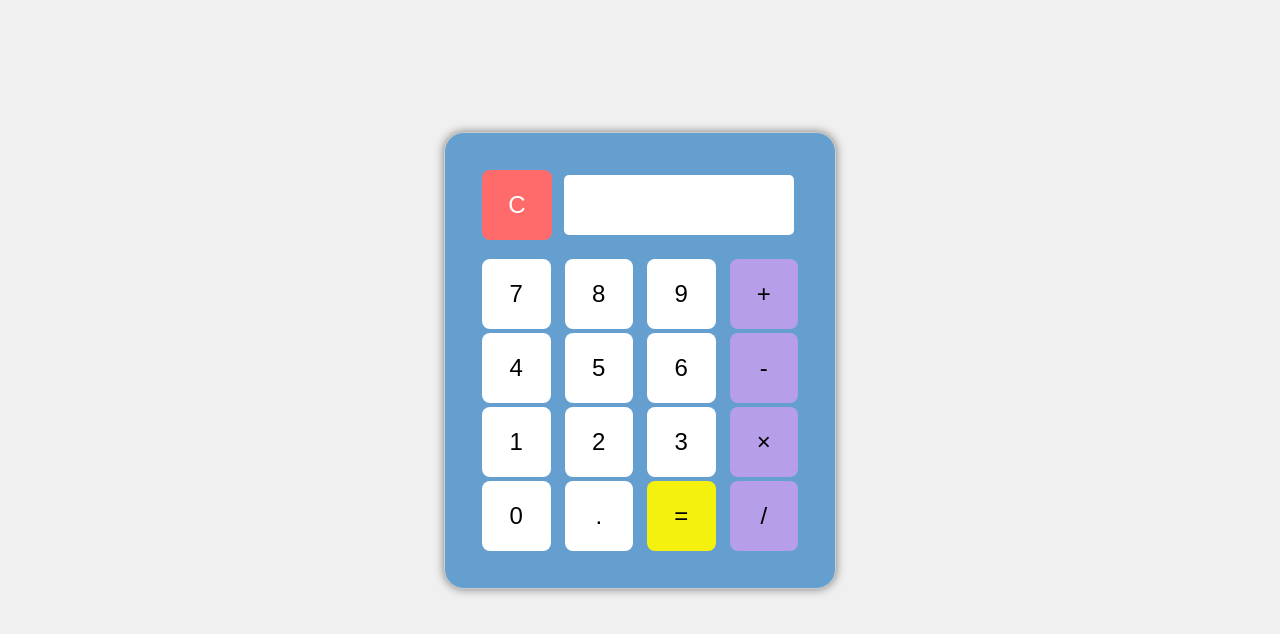
Repository: Burnmyheart/calculator
Page: index.html
These files come from the project's save history. The page is drawn as it stood at one moment and after the next save; the edit follows.
The browser window is 1280 px wide. The pictures show the whole page.
The pointer rests on the first visible `.operation`.

Above is the page before, as saved 2025-04-28 23:15:34.

After the next save:
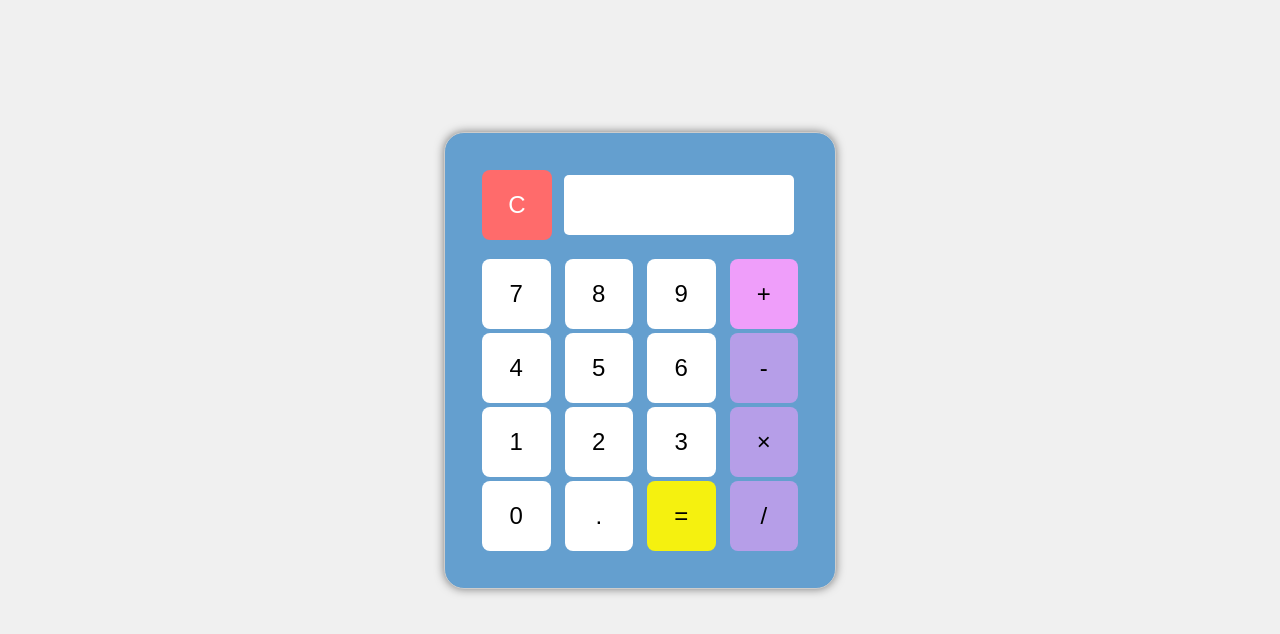
Saved 8 s later.
--- a/style.css
+++ b/style.css
@@ -68,3 +68,6 @@
 .operation {
   background-color: #ef9efa98;
 }
+.operation:hover {
+  background-color: #ef9efa;
+}
